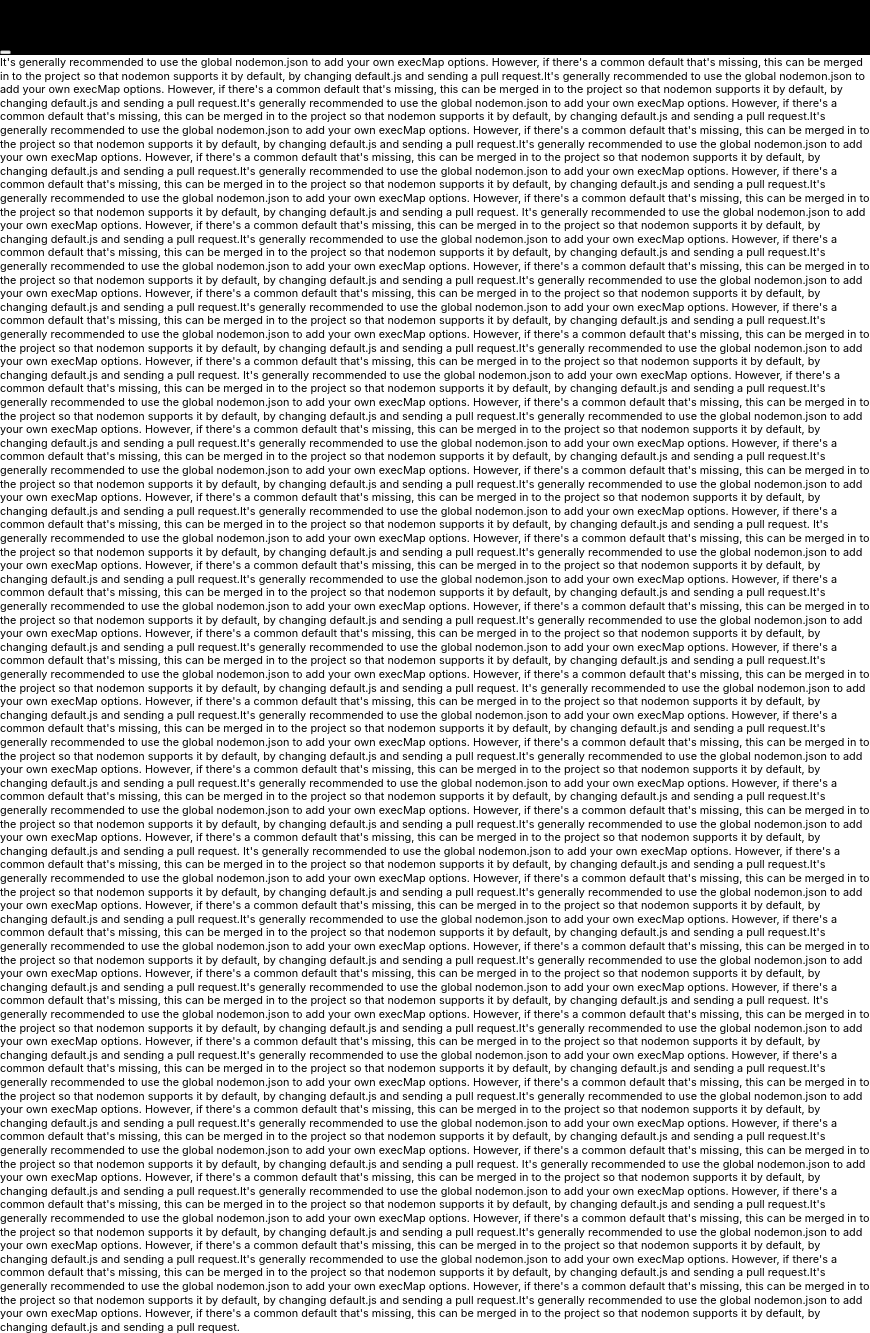
Repository: mr-joshi/Art-Of-House
Page: /
The author's editor kept a copy of each file at every save. The page is drawn from the files as they stood at one save, then again after the next save.
The browser window is 1280 px wide. The pictures show the whole page, at 68% of full size.
The project was rebuilt for these pictures with package versions that can differ from the ones it lists, and the page was loaded fresh each time. The framework's server and built-in components were replaced by stand-ins that run in the browser. Also part of the build but not shown: next.config.js.

Above is the page before, as saved 2022-09-25 03:02:01.

### pages/_app.js
import '../styles/globals.css'
import '../components/header/header.scss';


function MyApp({ Component, pageProps }) {
  return <Component {...pageProps} />
}

export default MyApp

### components/header/header.scss
.header_container {
  width: 100%;
  position: sticky;
  top: 0px;
  z-index: 1;
  background-color: black;
}
.header_main {
  font-size: 18px;
  padding: 20px;
  width: 100%;
  display: flex;
  justify-content: space-between;
  align-items: center;
}
.header_main_tags {
  width: 40%;
  display: flex;
  justify-content: space-around;
  align-items: center;

}
.header_login_tags{

  display: flex;
  justify-content: space-around;
  align-items: center;

}
@media screen and (max-width: 701px)  {
.header_main{
  font-size: 16px;
}
.header_main_tags{
  width: 45%;
}
}

@media screen and (max-width:570px) {
  .header_main_tags{
    display: none;
  }
  .header_login_tags{
    display: none;
  }


}

### components/header/Header.js
import { Button, Drawer, DrawerBody, DrawerCloseButton, DrawerContent, DrawerHeader, DrawerOverlay } from '@chakra-ui/react'
import React from 'react'
function SizeExample() {
  const [size, setSize] = React.useState('')
  const { isOpen, onOpen, onClose } = useDisclosure()

  const handleClick = (newSize) => {
    setSize(newSize)
    onOpen()
  }

  const sizes = ['xs', 'sm', 'md', 'lg', 'xl', 'full']

  return (
    <>
      {sizes.map((size) => (
        <Button
          onClick={() => handleClick(size)}
          key={size}
          m={4}
        >{`Open ${size} Drawer`}</Button>
      ))}

      <Drawer onClose={onClose} isOpen={isOpen} size={size}>
        <DrawerOverlay />
        <DrawerContent>
          <DrawerCloseButton />
          <DrawerHeader>{`${size} drawer contents`}</DrawerHeader>
          <DrawerBody>
            <p>
              Lorem ipsum dolor sit amet, consectetur adipiscing elit, sed do
              eiusmod tempor incididunt ut labore et dolore magna aliqua.
              Consequat nisl vel pretium lectus quam id. Semper quis lectus
              nulla at volutpat diam ut venenatis. Dolor morbi non arcu risus
              quis varius quam quisque. Massa ultricies mi quis hendrerit dolor
              magna eget est lorem. Erat imperdiet sed euismod nisi porta.
              Lectus vestibulum mattis ullamcorper velit.
            </p>
          </DrawerBody>
        </DrawerContent>
      </Drawer>
    </>
  )
}
const Header = () => {

  return (
    <div className='header_container'>
      <div className='header_main'>
        <div className='header_logo'>Logo</div>
        <div className='header_main_tags'>
          <div className='tag_home'>Home</div>
          <div className='tag_animations'>Animations</div>
          <div className='tag_shop'>Shop</div>
          <div className='tag_news'>News</div>
        </div>
        <div className='header_login_tags'>
          <div className='tag_login'>Join</div>
        </div>
      </div>
      <button onClick={SizeExample}></button>
    </div>
  )
}


export default Header

Loaded but not shown: pages/index.js (library); styles/globals.css (common file)

After the next save:
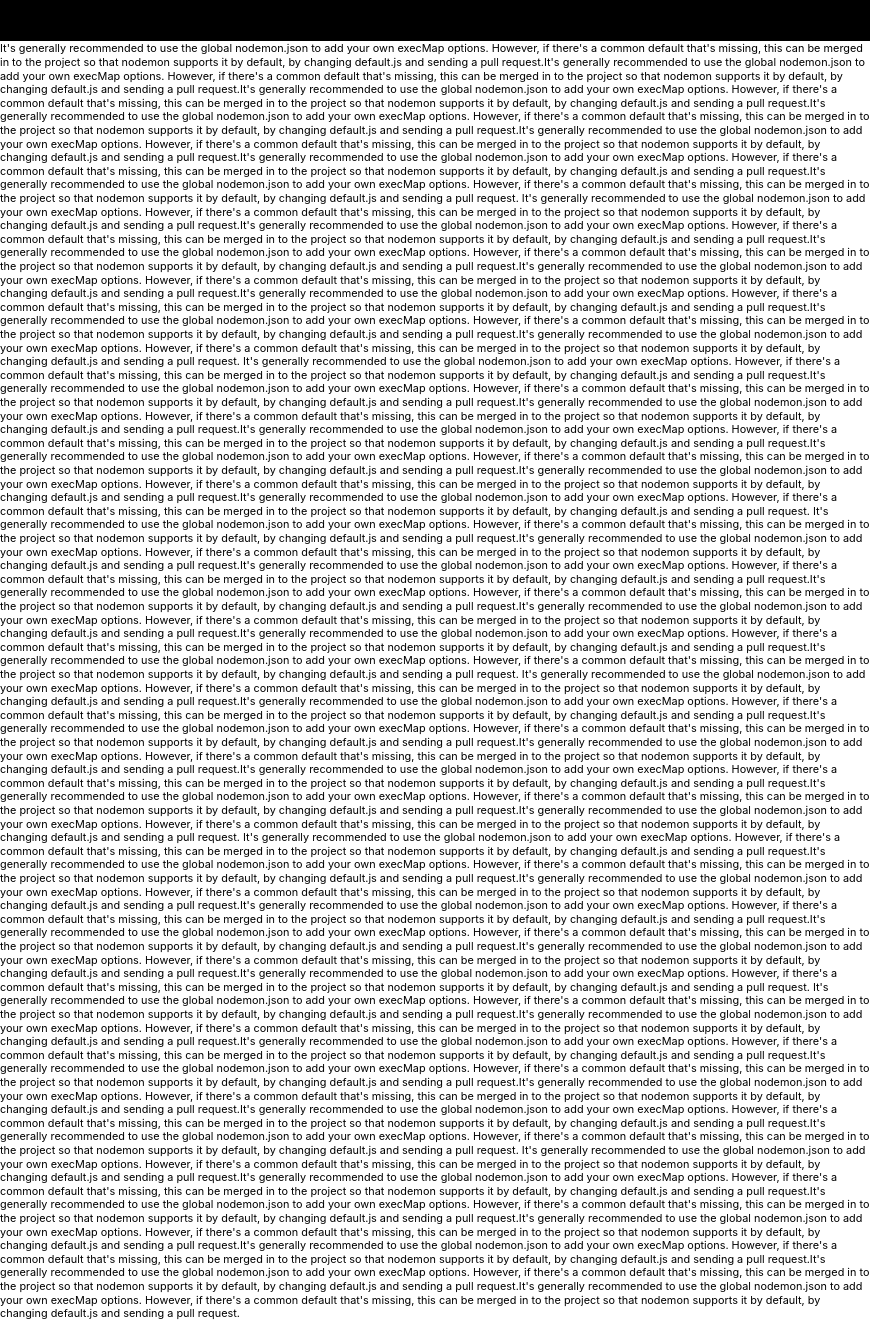
Saved 5 min 34 s later.
--- a/components/header/Header.js
+++ b/components/header/Header.js
@@ -1,5 +1,24 @@
 import { Button, Drawer, DrawerBody, DrawerCloseButton, DrawerContent, DrawerHeader, DrawerOverlay } from '@chakra-ui/react'
 import React from 'react'
+const Header = () => {
+  return (
+    <div className='header_container'>
+      <div className='header_main'>
+        <div className='header_logo'>Logo</div>
+        <div className='header_main_tags'>
+          <div className='tag_home'>Home</div>
+          <div className='tag_animations'>Animations</div>
+          <div className='tag_shop'>Shop</div>
+          <div className='tag_news'>News</div>
+        </div>
+        <div className='header_login_tags'>
+          <div className='tag_login'>Join</div>
+        </div>
+      </div>
+    </div>
+  )
+}
+
 function SizeExample() {
   const [size, setSize] = React.useState('')
   const { isOpen, onOpen, onClose } = useDisclosure()
@@ -42,26 +61,4 @@
     </>
   )
 }
-const Header = () => {
-
-  return (
-    <div className='header_container'>
-      <div className='header_main'>
-        <div className='header_logo'>Logo</div>
-        <div className='header_main_tags'>
-          <div className='tag_home'>Home</div>
-          <div className='tag_animations'>Animations</div>
-          <div className='tag_shop'>Shop</div>
-          <div className='tag_news'>News</div>
-        </div>
-        <div className='header_login_tags'>
-          <div className='tag_login'>Join</div>
-        </div>
-      </div>
-      <button onClick={SizeExample}></button>
-    </div>
-  )
-}
-
-
 export default Header
